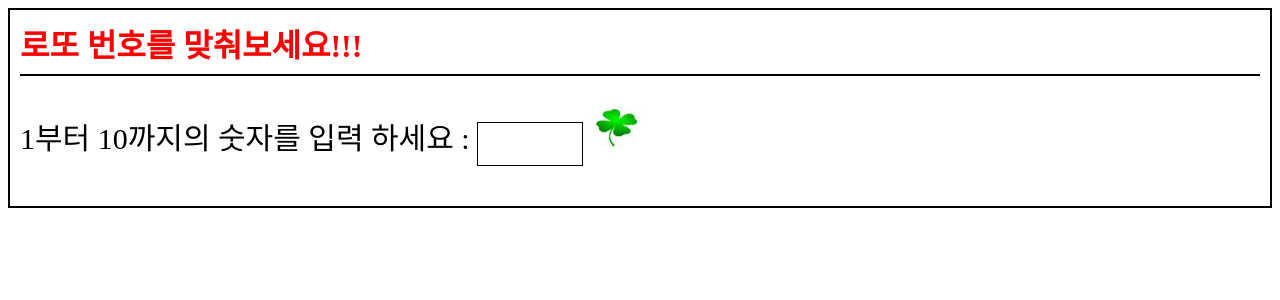
Repository: kdg0109/multicampus_course
Page: web course/workspace_web/edu/WebContent/htmlexam/images/lotto.html
These files come from the project's save history. The page is drawn as it stood at one moment and after the next save; the edit follows.
The browser window is 1280 px wide. The pictures show the whole page.

Above is the page before, as saved 2018-02-02 08:15:30.

After the next save:
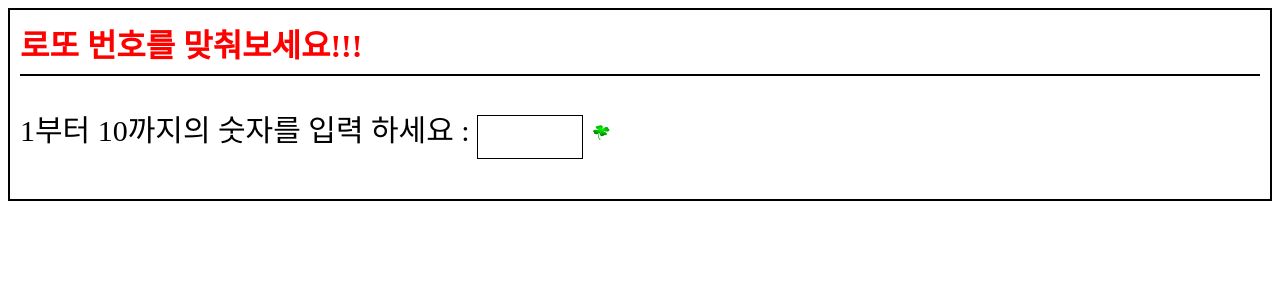
Saved 9 s later.
--- a/web course/workspace_web/edu/WebContent/htmlexam/images/lotto.html
+++ b/web course/workspace_web/edu/WebContent/htmlexam/images/lotto.html
@@ -28,7 +28,7 @@
 	}
 	#imageid {
 		padding: auto;
-		width : 50px;
+		width : 20px;
 
 	}
 	span {
